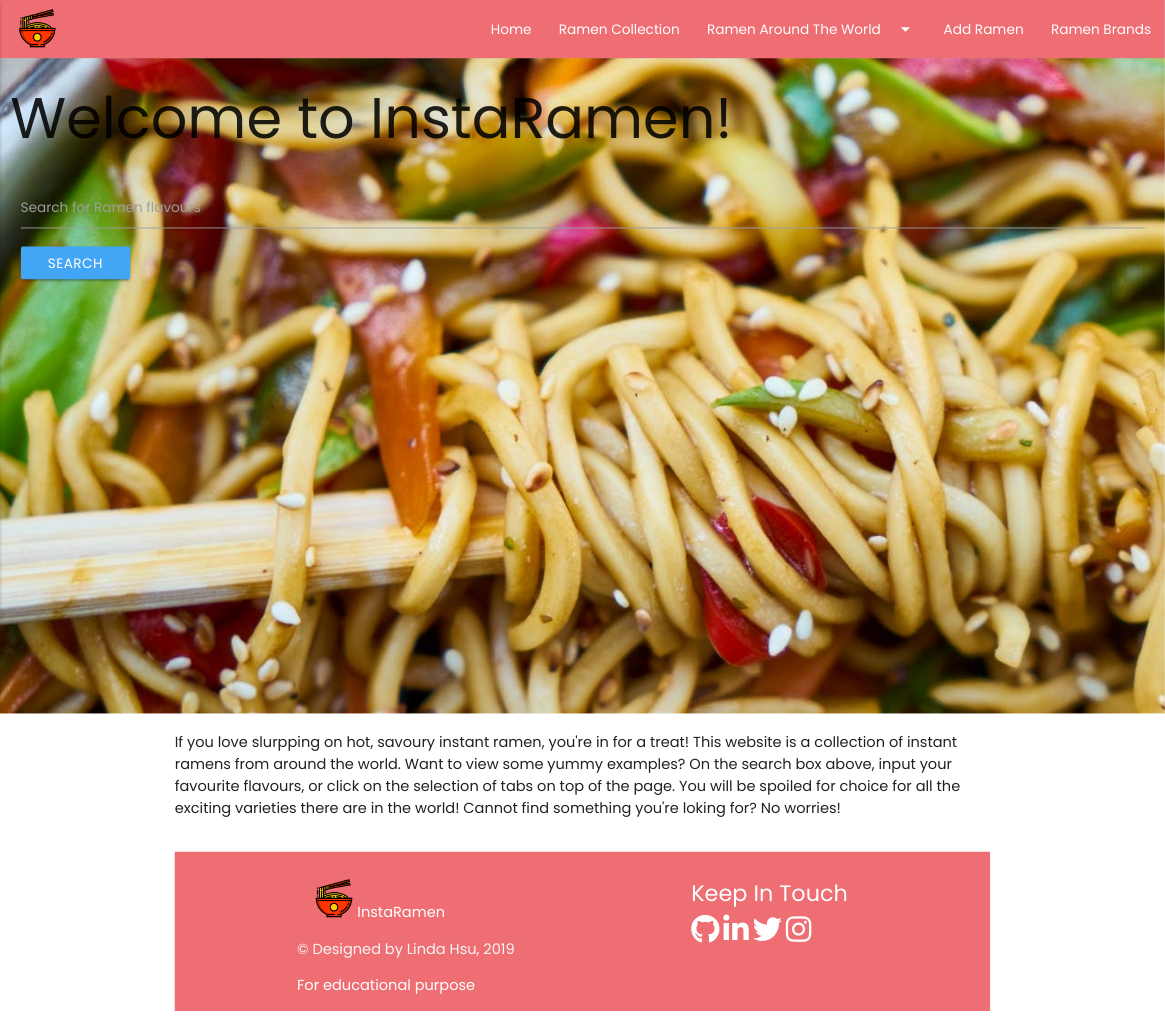
Repository: Paddlepop25/codeinstitute-insta-ramen
Page: http://localhost/
The author's editor kept a record of every edit. The page is drawn from the files as they stood at one moment, then again after the next edit.
The browser window is 1280 px wide. The pictures show the whole page, at 91% of full size.
Some web libraries are served in a nearby version. The page is served by the project's application, run on Flask 3 (app.py). Queries for data that is not in the repository find no rows.

Above is the page before.

After the next edit:
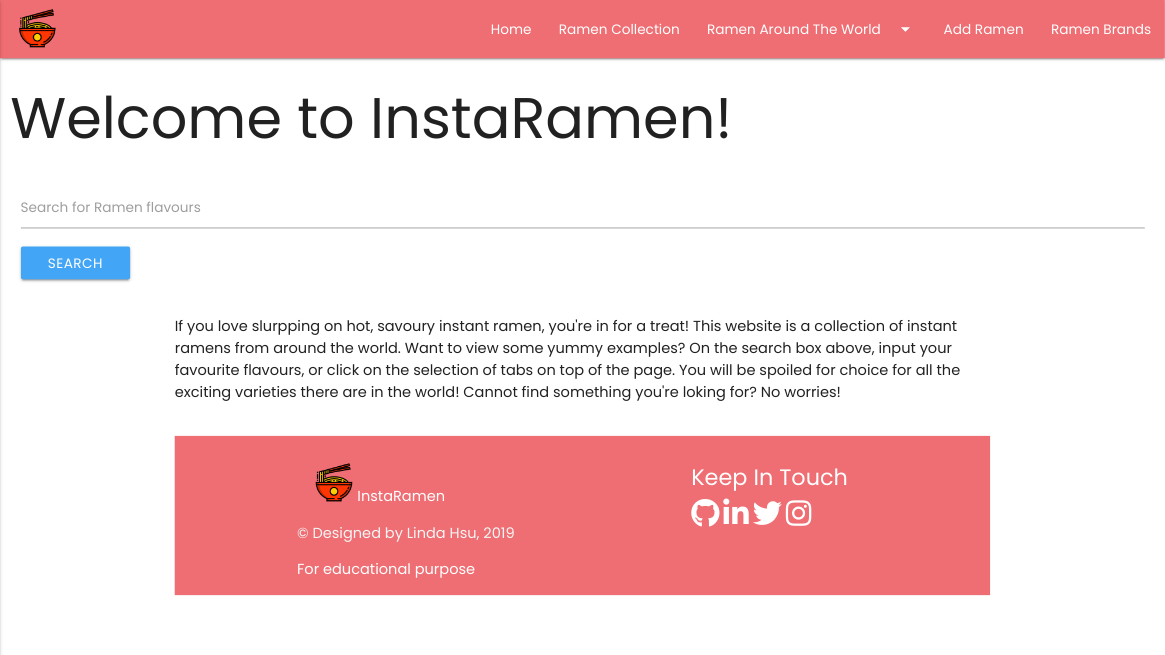
The edit:
--- a/static/styles/styles.css
+++ b/static/styles/styles.css
@@ -3,10 +3,10 @@
     font-family: 'Poppins', cursive;
 }
 
-.welcome {
+.welcome-page {
     background-image: url("/static/images/noodle_index.jpeg");
-    width: 100vw;
-    height: 100vh;
+    /*width: 80vw;*/
+    /*height: 80vh;*/
 }
 
 .welcome_message {
